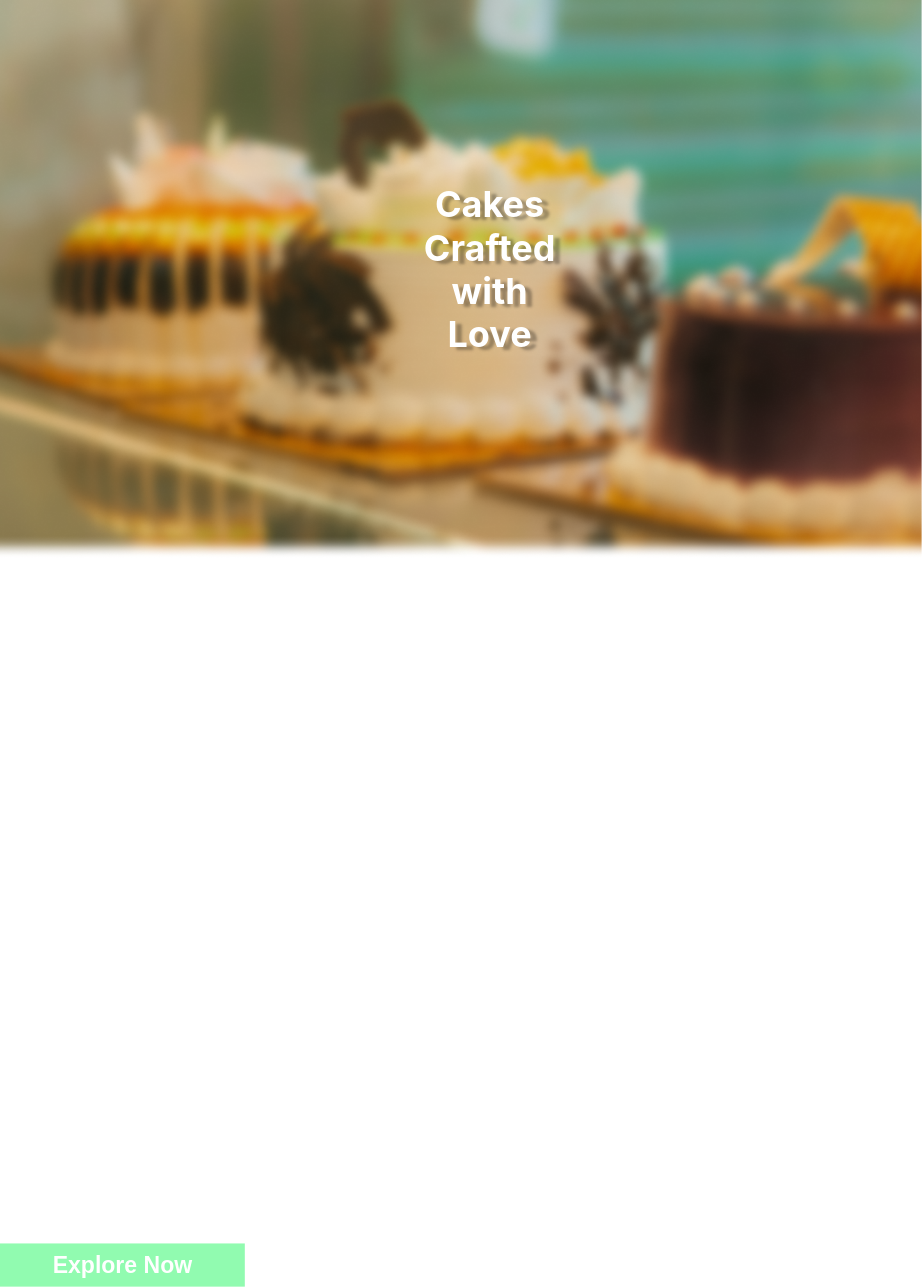
Repository: MEROO1010/cake-box-website
Page: / (app in Cake_box/cake_website/cake_frontend/)
These files come from the project's save history. The page is drawn as it stood at one moment and after the next save; the edit follows.
The browser window is 1280 px wide. The pictures show the whole page, at 72% of full size.
The project was rebuilt for these pictures with package versions that can differ from the ones it lists, and the page was loaded fresh each time.

Above is the page before, as saved 2024-10-22 12:19:52.

### Cake_box/cake_website/cake_frontend/src/App.jsx
import { BrowserRouter as Router, Routes, Route } from 'react-router-dom';
import  Homepage from './components/HomePage/Homepage';

function App() {
    return (
        <Router>
            <Routes>
                <Route path="/" element={<Homepage />} />
            </Routes>
        </Router>
    );
}

export default App;

### Cake_box/cake_website/cake_frontend/src/components/HomePage/Homepage.jsx
import React from 'react'
import Homepagebg from '../assets/HomePage.png';
import styled from 'styled-components';

const Homepage = () => {
  return (
    <Container>

    <img src={Homepagebg} alt=""/>

    <h1>Cakes<br/> Crafted<br/> with<br/> Love</h1>

    <button>Explore Now</button>

    </Container>
  )
}

export default Homepage

const Container = styled.div `
   img{
    width: 100%;
    background-size: cover;

   }

   h1{
    color:white;
    font-size:50px;
    text-shadow: 9px 4px 4px rgba(0, 0, 0, 0.3);
    text-align: center;
    padding-top:40px;
    bottom:600px;
    margin-left:80px;
    position: relative;
   }

   button{
    background-color:#91FBB0;
    color:white;
    border:none;
    width:340px;
    height:60px;
    font-size:32px;
    font-weight:bold;
    margin-bottom:400px;
    top:600px;
    position: relative;
   }

  `

Loaded but not shown: Cake_box/cake_website/cake_frontend/public/index.html (common file); Cake_box/cake_website/cake_frontend/src/index.js (common file); Cake_box/cake_website/cake_frontend/src/index.css (common file); Cake_box/cake_website/cake_frontend/src/reportWebVitals.js (common file)

After the next save:
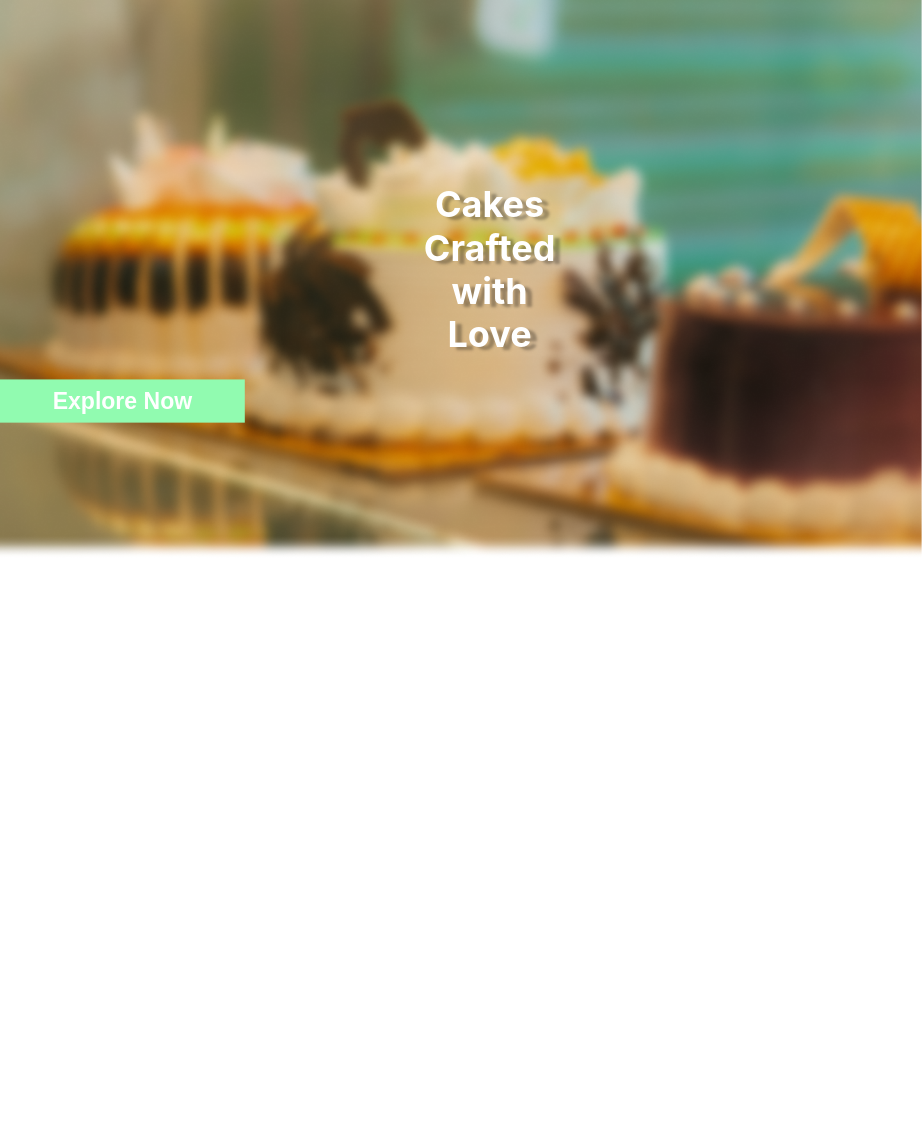
Saved 11 s later.
--- a/Cake_box/cake_website/cake_frontend/src/components/HomePage/Homepage.jsx
+++ b/Cake_box/cake_website/cake_frontend/src/components/HomePage/Homepage.jsx
@@ -45,7 +45,7 @@ const Container = styled.div `
     font-size:32px;
     font-weight:bold;
     margin-bottom:400px;
-    top:600px;
+    bottom:600px;
     position: relative;
    }
 
